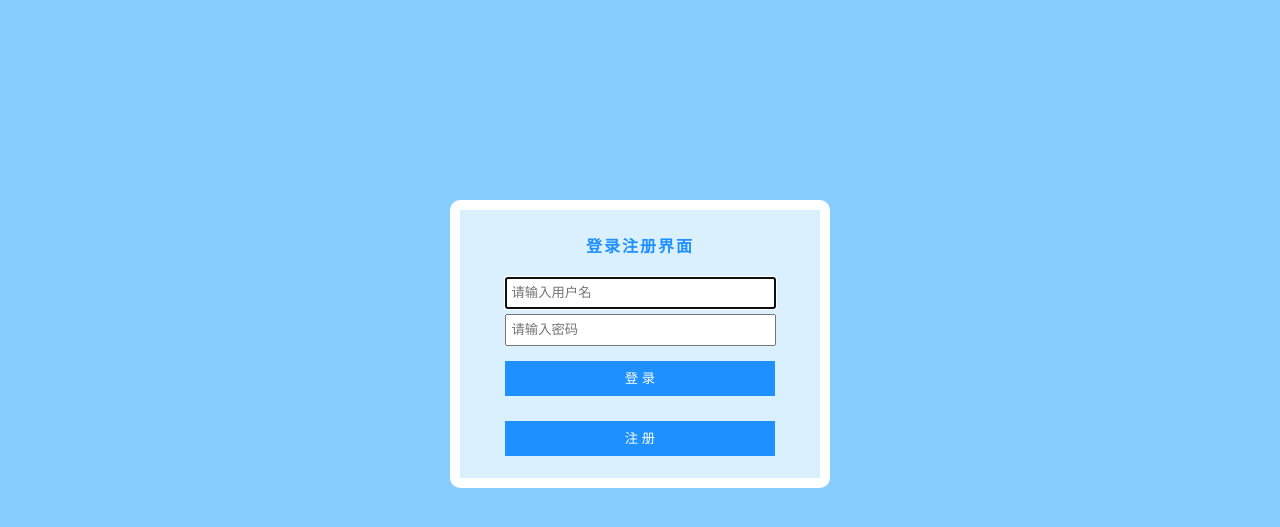
Repository: RunningPhoton/srtpServer
Page: srtp/server/srtp_server/WebContent/login.html
The author's editor kept a copy of each file at every save. The page is drawn from the files as they stood at one save, then again after the next save.
The browser window is 1280 px wide. The pictures show the whole page.

Above is the page before, as saved 2017-04-16 12:54:06.

After the next save:
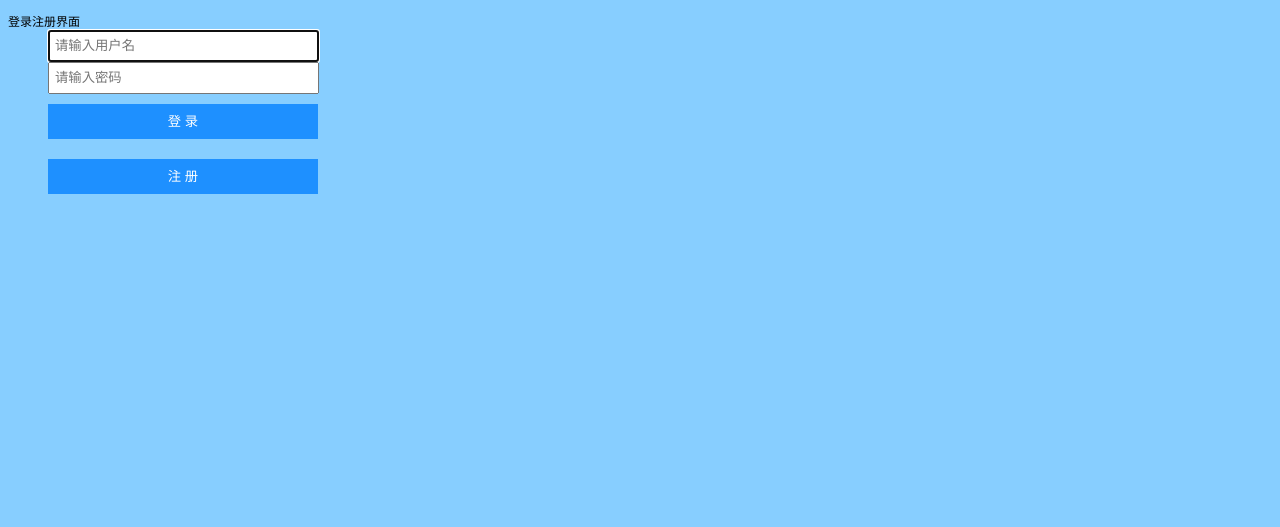
Saved 113 s later.
--- a/srtp/server/srtp_server/WebContent/login.html
+++ b/srtp/server/srtp_server/WebContent/login.html
@@ -65,7 +65,7 @@ body {
 </style>
 </head>
 <body>
-	<div id="login">
+	<div id="log">
 		<form id="form1" name="form1" method="post" action="login.action">
 			<dl>
 				<dt>
